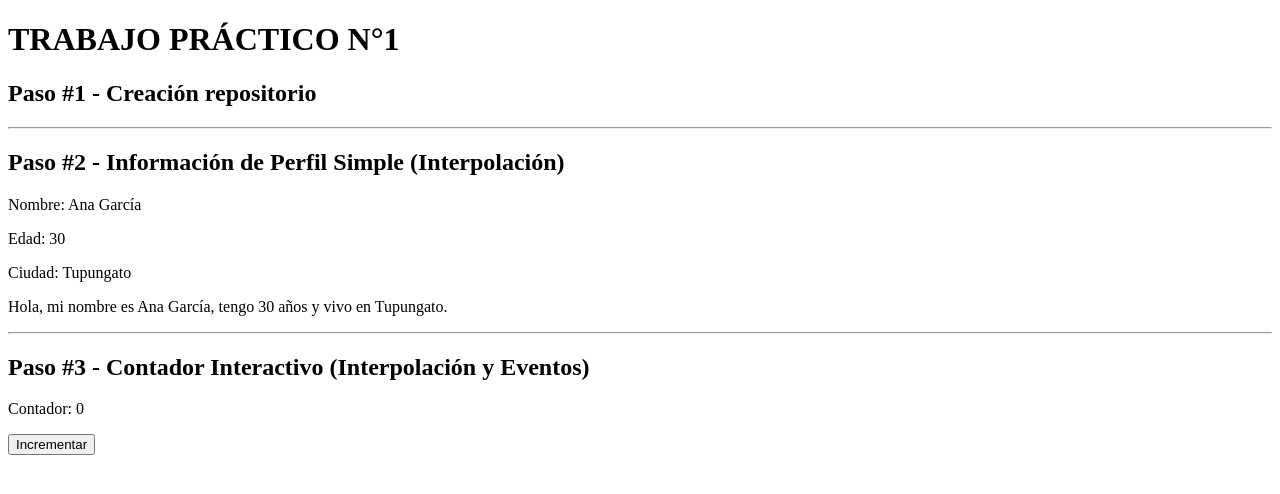
Repository: SofiaSferco/PWA
Page: practico01/index.html
An editor plug-in stored every save of this project. The page is shown before and after a run of saves, followed by the edit.
The browser window is 1280 px wide. The pictures show the whole page.

Above is the page before, as saved 2025-10-02 22:24:25.
Console error (its wording comes from the project's code and is left out).

After the next 6 saves:
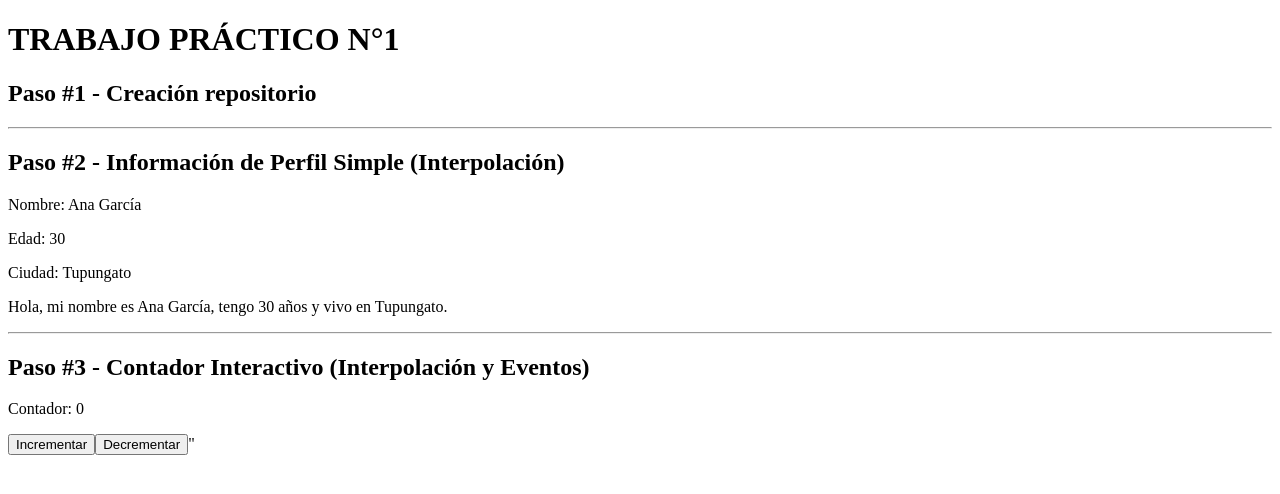
The error is gone.
The 6 saves are shown as one change because they came seconds apart.
The last was saved 18 s later.
--- a/practico01/index.html
+++ b/practico01/index.html
@@ -19,7 +19,7 @@
         <h2>{{ tercerpaso }}</h2>
             <p>Contador: {{ contador }}</p>
             <button v-on:click="contador++">Incrementar</button>
-            <button @click=""
+            <button @click="contador--">Decrementar</button></button>"
 
 
     </div>
